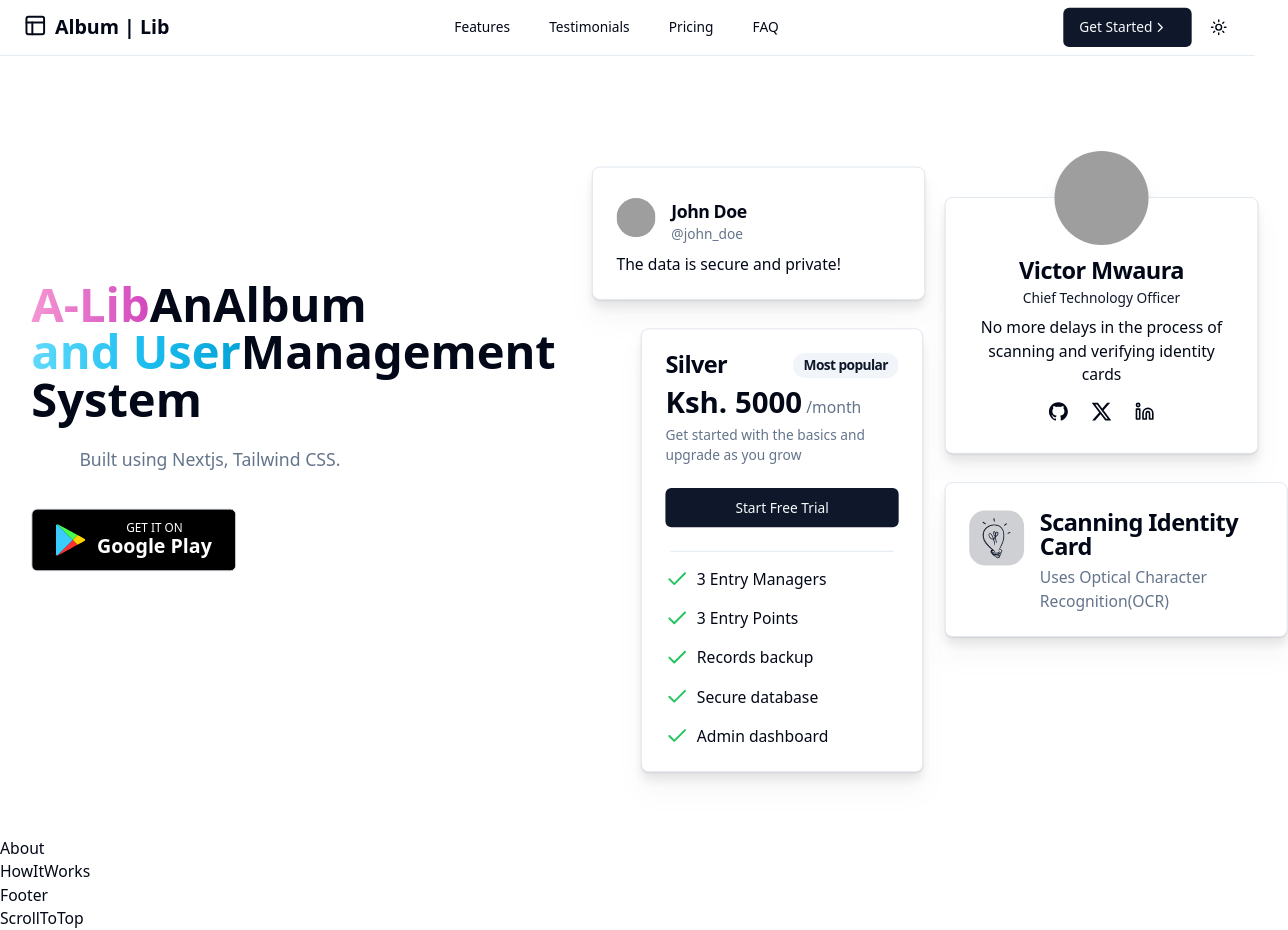
Repository: DevLaukey/savannah-informatics-test
Page: /
These files come from the project's save history. The page is drawn as it stood at one moment and after the next save; the edit follows.
The browser window is 1280 px wide. The page is 1314 px wide, so the pictures cover 1314 px, including what lies to the right of the window. The pictures show the whole page, at 98% of full size.
Pictures or frames that could not be fetched are drawn as grey boxes. The project was rebuilt for these pictures with package versions that can differ from the ones it lists, and the page was loaded fresh each time. The framework's server and built-in components were replaced by stand-ins that run in the browser. Also part of the build but not shown: next.config.mjs.

Above is the page before, as saved 2024-06-04 21:55:40.

After the next save:
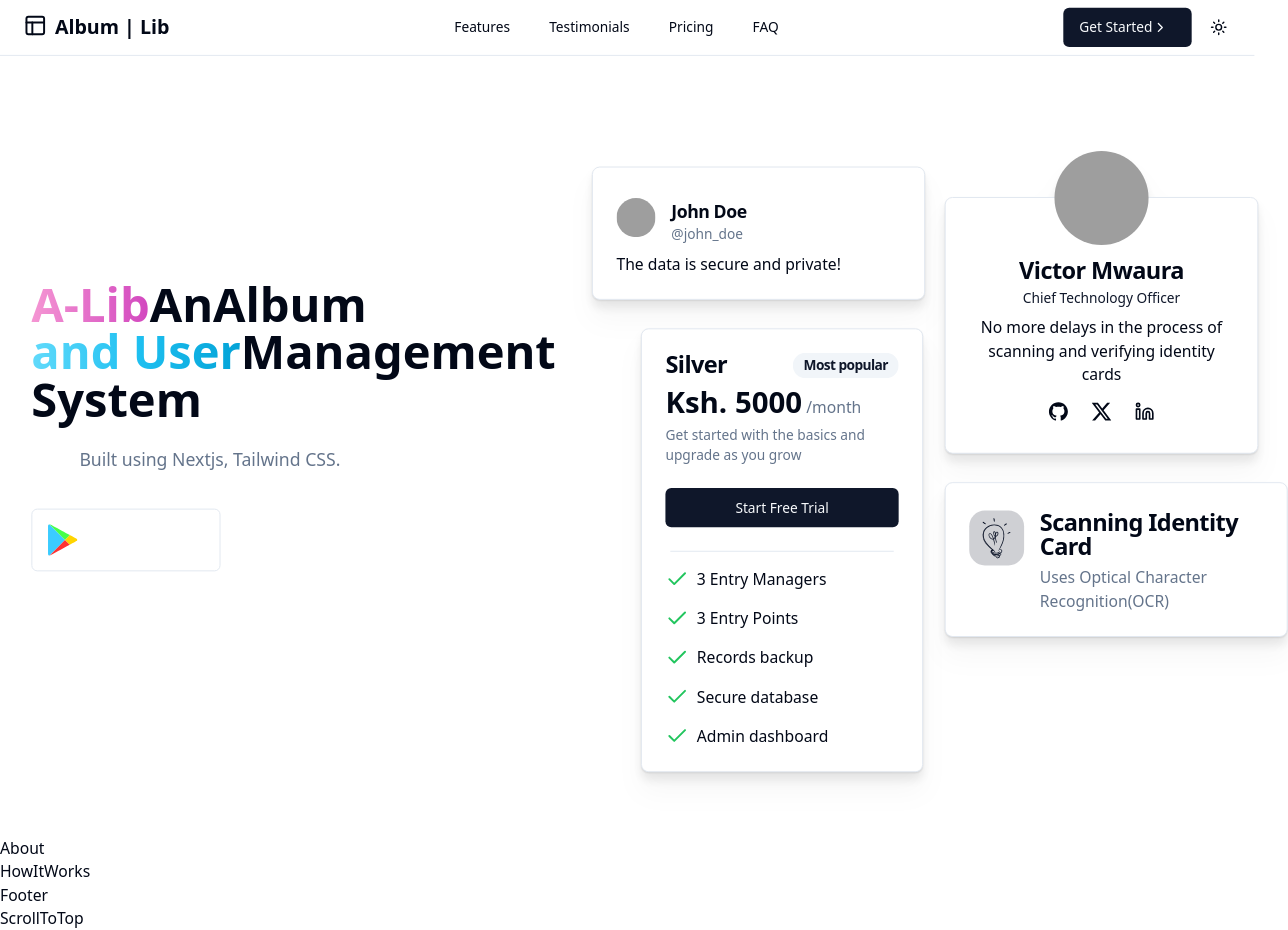
Saved 9 s later.
--- a/components/landing-page/Hero.jsx
+++ b/components/landing-page/Hero.jsx
@@ -1,5 +1,5 @@
 import { HeroCards } from "./HeroCards";
-import { buttonVariants } from "@/components/ui/button";
+import { Button, buttonVariants } from "@/components/ui/button";
 
 const Hero = () => {
   return (
@@ -26,7 +26,7 @@ const Hero = () => {
         </p>
 
         <div className="space-y-4 md:space-y-0 md:space-x-4">
-          <button
+          <Button
             type="button"
             className={`flex items-center justify-center w-full md:w-auto mt-3 text-white bg-black rounded-lg h-14 md:h-16 px-6 ${buttonVariants(
               {
@@ -60,7 +60,7 @@ const Hero = () => {
                 Google Play
               </div>
             </div>
-          </button>
+          </Button>
         </div>
       </div>
 
